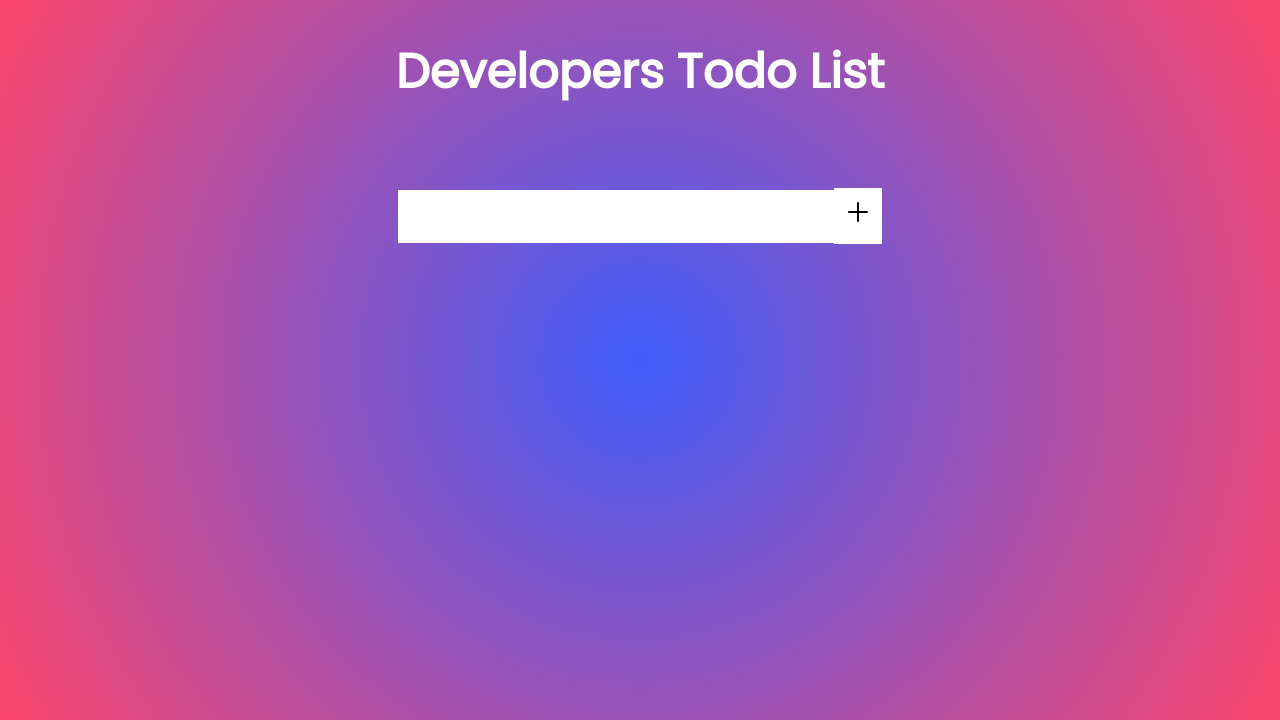
Repository: DevAntonioRogers/Vanilla-TodoList
Page: index.html
The author's editor kept a copy of each file at every save. The page is drawn from the files as they stood at one save, then again after the next save.
The browser window is 1280 px wide. The pictures show the whole page.

Above is the page before, as saved 2023-05-12 00:21:19.

### index.html
<!DOCTYPE html>
<html lang="en">
  <head>
    <meta charset="UTF-8" />
    <meta http-equiv="X-UA-Compatible" content="IE=edge" />
    <meta name="viewport" content="width=device-width, initial-scale=1.0" />
    <link rel="preconnect" href="https://fonts.googleapis.com" />
    <link rel="preconnect" href="https://fonts.gstatic.com" crossorigin />
    <link href="https://fonts.googleapis.com/css2?family=Poppins&display=swap" rel="stylesheet" />
    <link rel="stylesheet" href="style.css" />
    <title>To-do</title>
  </head>
  <body>
    <header>
      <h1>Developers Todo List</h1>
    </header>
    <form action="">
      <input type="text" class="todo-input" />
      <button class="todo-button">
        <ion-icon name="add-outline"></ion-icon>
      </button>
    </form>

    <div class="todo-container">
      <ul class="todo-list"></ul>
    </div>

    <script type="module" src="https://unpkg.com/ionicons@7.1.0/dist/ionicons/ionicons.esm.js"></script>
    <script nomodule src="https://unpkg.com/ionicons@7.1.0/dist/ionicons/ionicons.js"></script>
    <script src="app.js"></script>
  </body>
</html>

### style.css
* {
  padding: 0;
  box-sizing: border-box;
  margin: 0;
}

body {
  background: rgb(63, 94, 251);
  background: radial-gradient(circle, rgba(63, 94, 251, 1) 0%, rgba(252, 70, 107, 1) 100%);
  color: white;
  font-family: "Poppins", sans-serif;
  min-height: 100vh;
}

header {
  font-size: 1.5rem;
}

header,
form {
  min-height: 20vh;
  display: flex;
  align-items: center;
  justify-content: center;
}

form input,
form button {
  padding: 0.5rem;
  font-size: 2rem;
  background-color: white;
  border: none;
}

form button {
  color: black;
  cursor: pointer;
  background-color: white;
}

.todo-container {
  display: flex;
  justify-content: center;
  align-items: center;
}

.todo-list {
  min-width: 30%;
  list-style: none;
}

.todo {
  margin: 0.5rem;
  background-color: white;
  color: black;
  font-size: 1.5rem;
  display: flex;
  justify-content: space-between;
  align-items: center;
}

.todo li {
  flex: 1;
}

.delete-btn,
.complete-btn {
  background-color: rgb(63, 62, 62);
  color: white;
  border: none;
  padding: 1rem;
  cursor: pointer;
  font-size: 1rem;
}

.complete-btn {
  background-color: rgb(57, 127, 57);
}

### app.js
const todoInput = document.querySelector('.todo-input')
const todoButton = document.querySelector('.todo-button')
const todoList = document.querySelector('.todo-list')

todoButton.addEventListener('click', (e) => {
  e.preventDefault()
  const todoDiv = document.createElement('div')
  todoDiv.classList.add('todo')
  const newTodo = document.createElement('li')
  newTodo.innerText = 'ji'
  newTodo.classList.add('todo-item')
  todoDiv.appendChild(newTodo)
  console.log(newTodo)

  const completedButton = document.createElement('button')
  completedButton.innerHTML = '<ion-icon name="checkmark-outline"></ion-icon>'
  completedButton.classList.add('complete-btn')
  todoDiv.appendChild(completedButton)

  const deleteButton = document.createElement('button')
  deleteButton.innerHTML = '<ion-icon name="close-outline"></ion-icon>'
  deleteButton.classList.add('delete-btn')
  todoDiv.appendChild(deleteButton)

  todoList.appendChild(todoDiv)
})

After the next save:
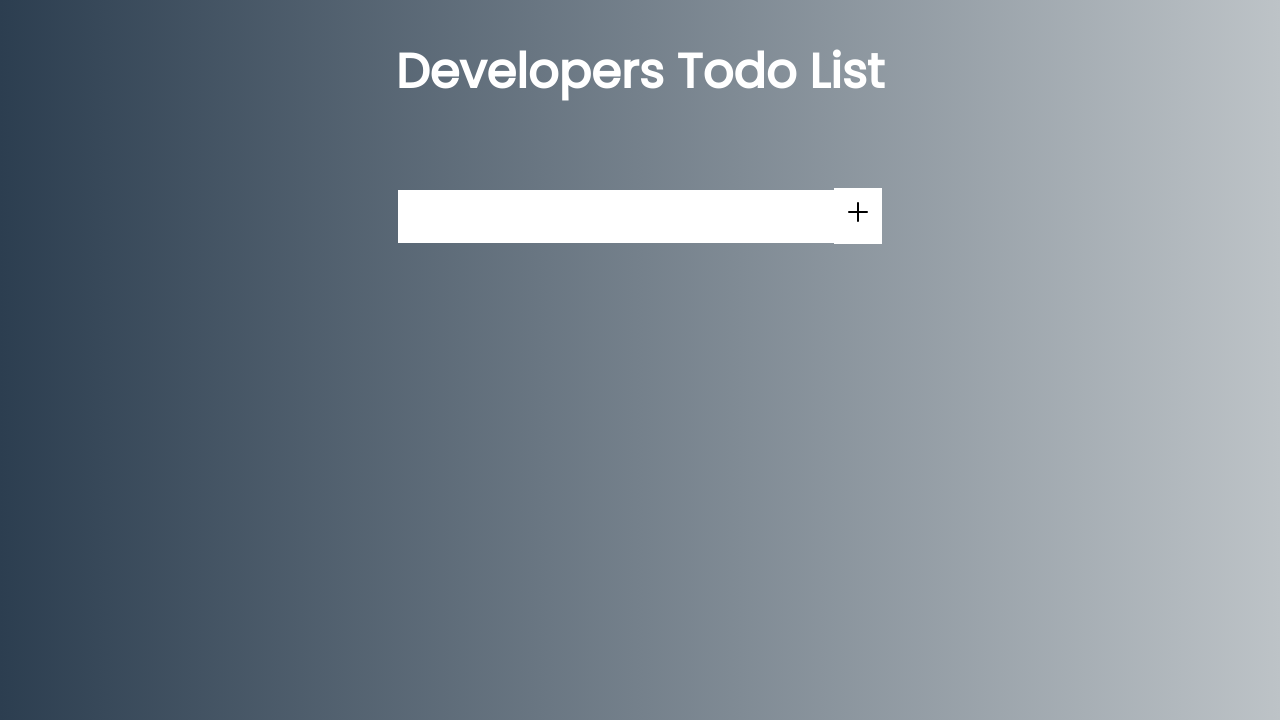
Saved 82 s later.
--- a/style.css
+++ b/style.css
@@ -5,8 +5,14 @@
 }
 
 body {
-  background: rgb(63, 94, 251);
-  background: radial-gradient(circle, rgba(63, 94, 251, 1) 0%, rgba(252, 70, 107, 1) 100%);
+  background: #bdc3c7; /* fallback for old browsers */
+  background: -webkit-linear-gradient(to right, #2c3e50, #bdc3c7); /* Chrome 10-25, Safari 5.1-6 */
+  background: linear-gradient(
+    to right,
+    #2c3e50,
+    #bdc3c7
+  ); /* W3C, IE 10+/ Edge, Firefox 16+, Chrome 26+, Opera 12+, Safari 7+ */
+
   color: white;
   font-family: "Poppins", sans-serif;
   min-height: 100vh;
